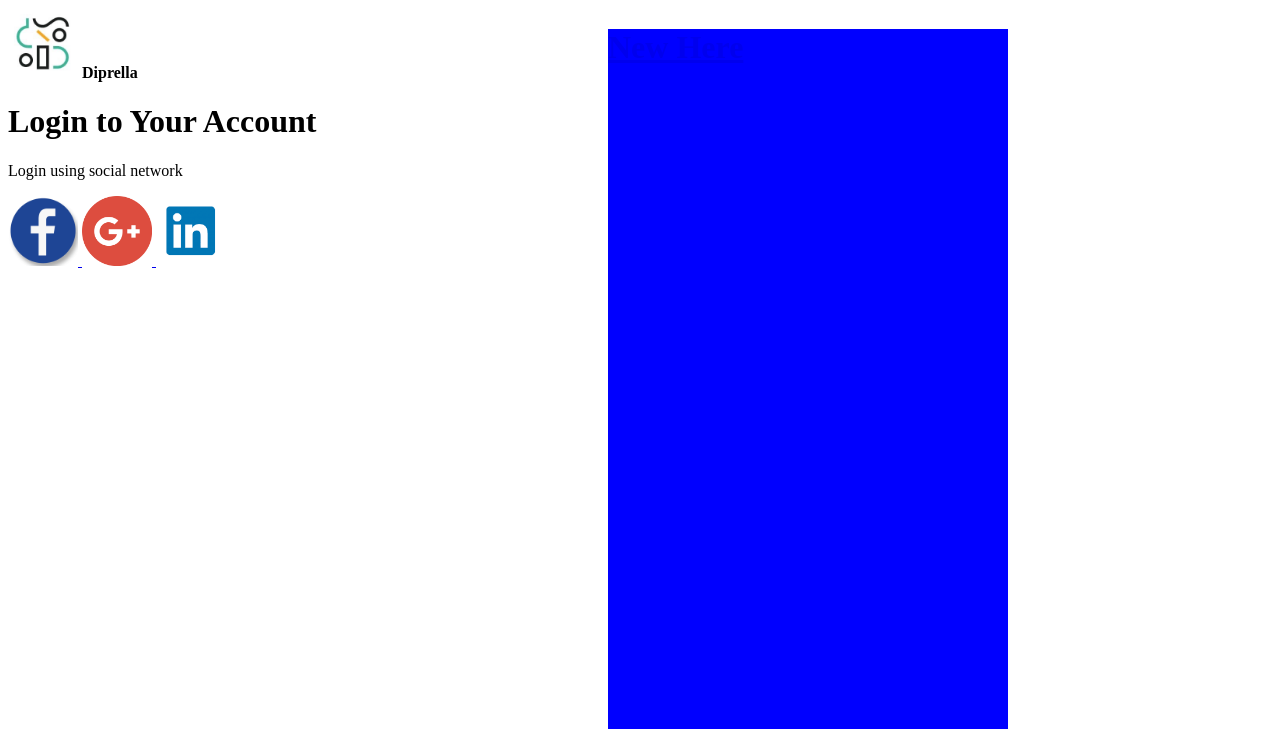
Repository: Tobby004/bdc-assignment-3
Page: task.html
An editor plug-in stored every save of this project. The page is shown before and after the next save, followed by the edit.
The browser window is 1280 px wide. The pictures show the whole page.

Above is the page before, as saved 2023-02-21 09:14:04.

After the next save:
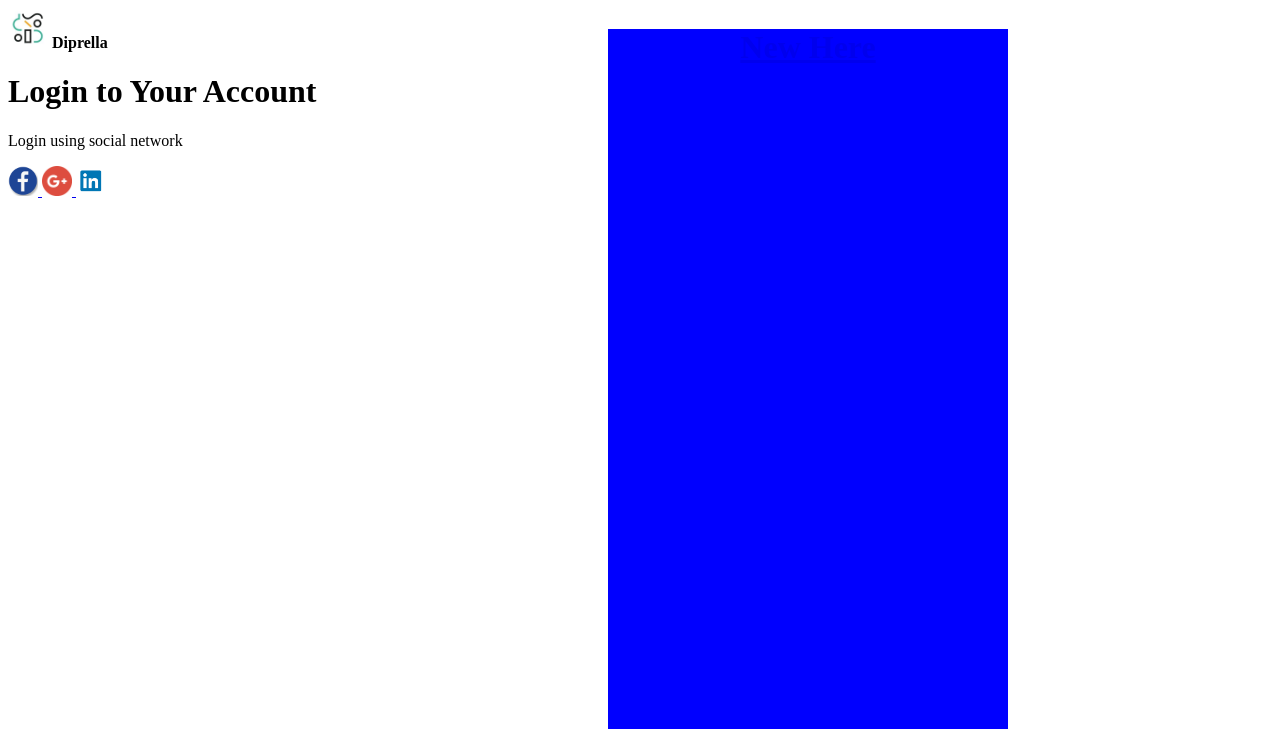
Saved 6 min 45 s later.
--- a/task.html
+++ b/task.html
@@ -10,14 +10,14 @@
 <body>
     <div class="box-container">
     <div class="box1">
-    <header id="logo"><img src="diprella.JPG" alt="diprella"</header>
+    <header id="logo"><img src="diprella.JPG"  height="40px" alt="diprella"</header>
     <b>Diprella</b>
     <h1>Login to Your Account</h1>
     <p>Login using social network</p>
         <div class="logo">
-            <a href="#"><img src="facebook.png"</a>
-            <a href="#"><img src="googe plus.png"</a>
-            <a href="#"><img src="linkedin.png" </a>
+            <a href="#"><img src="facebook.png" height="30px"</a>
+            <a href="#"><img src="googe plus.png" height="30px"</a>
+            <a href="#"><img src="linkedin.png" height="30px"</a>
            </div>
         </div>
         <div class="box2">
--- a/task.css
+++ b/task.css
@@ -16,7 +16,6 @@ display: flex;
     height: 700px;
     width: 400px;
 }
-header img {
-    height: 70px;
+h1{
+    text-align: center;
 }
-<h1>
